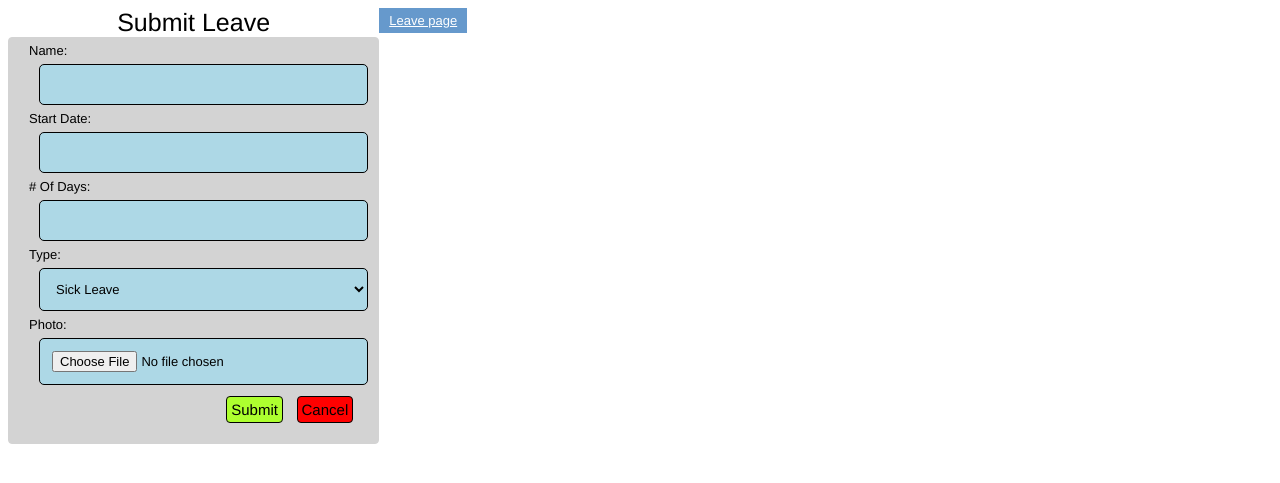
Repository: Murad71/BasicCRUD
Page: index.html
The author's editor kept a copy of each file at every save. The page is drawn from the files as they stood at one save, then again after the next save.
The browser window is 1280 px wide. The pictures show the whole page.

Above is the page before, as saved 2023-04-18 20:22:02.

After the next save:
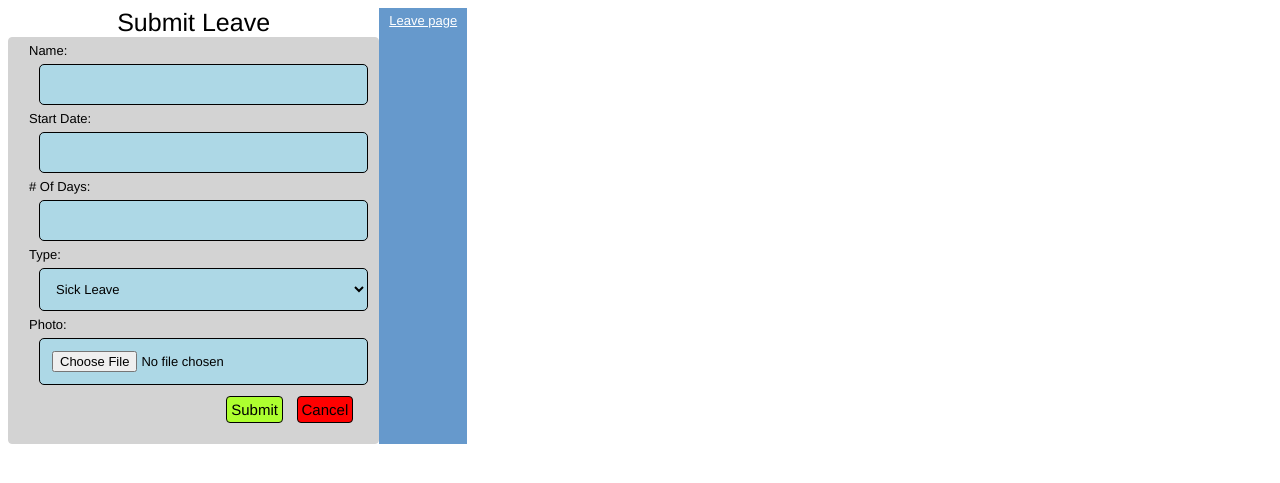
Saved 17 s later.
--- a/index.css
+++ b/index.css
@@ -59,7 +59,7 @@
 
 .anchorContainer {
   text-align: right;
-  align-items: center;
+  display: flex;
 }
 
 a {

After the save that followed:
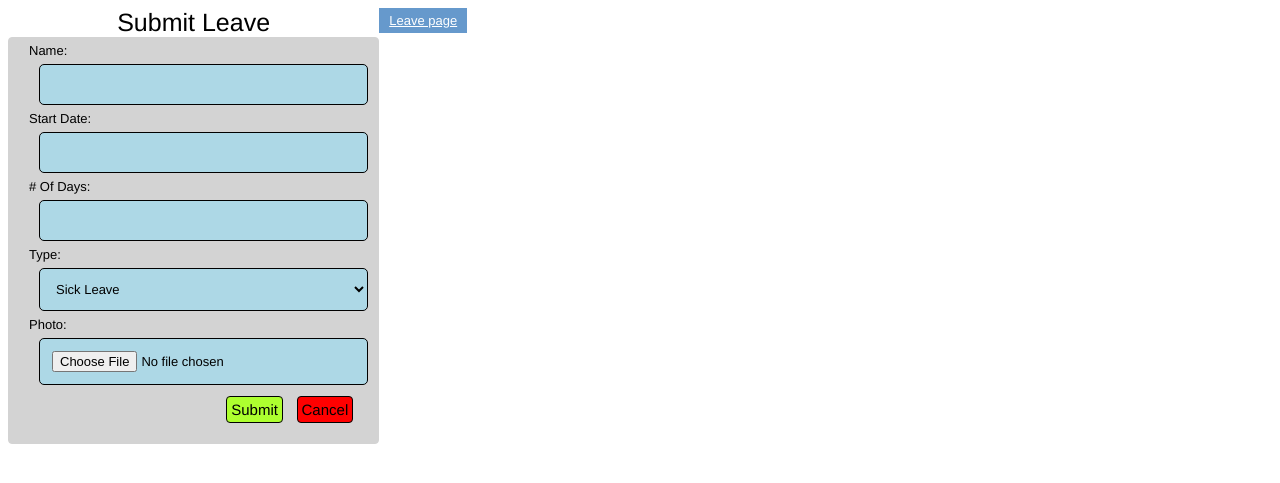
Saved 13 s later.
--- a/index.css
+++ b/index.css
@@ -59,7 +59,6 @@
 
 .anchorContainer {
   text-align: right;
-  display: flex;
 }
 
 a {
